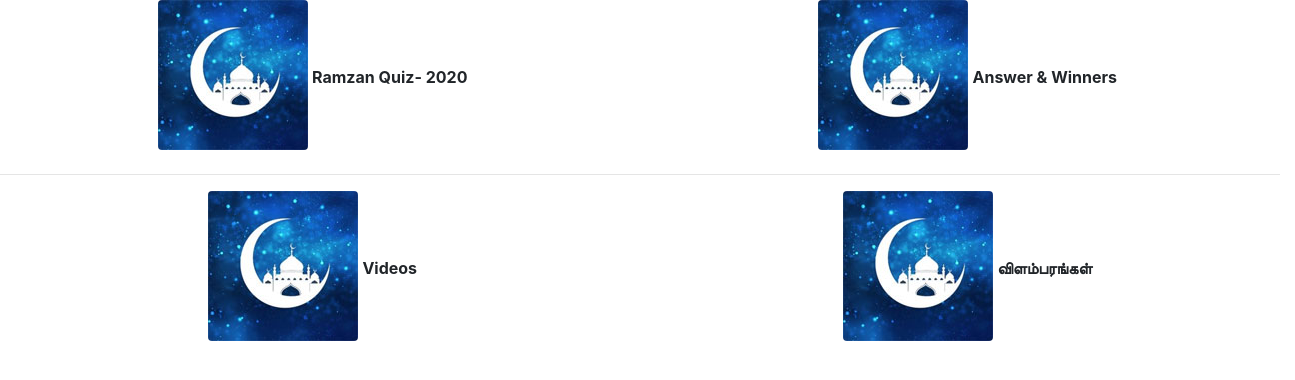
Repository: rsusolutions/RSU-Website
Page: quiz/index.html
The author's editor kept a copy of each file at every save. The page is drawn from the files as they stood at one save, then again after the next save.
The browser window is 1280 px wide. The page is 1295 px wide, so the pictures cover 1295 px, including what lies to the right of the window. The pictures show the whole page.
Some web libraries are served in a nearby version.

Above is the page before, as saved 2020-04-21 20:40:04.

After the next save:
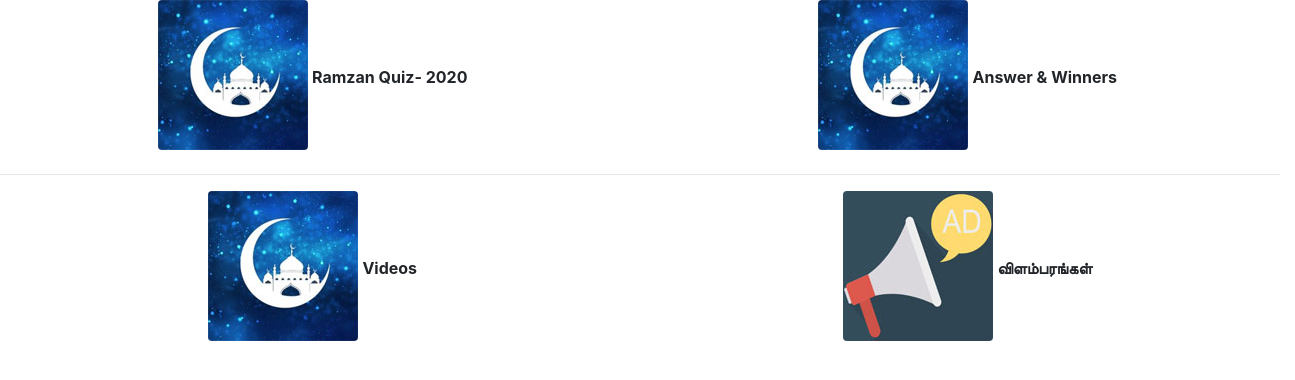
Saved 3 min 14 s later.
--- a/quiz/index.html
+++ b/quiz/index.html
@@ -36,7 +36,7 @@
     <b>Videos</b>
     </div>
       <div class="col" style=" text-align: center;">
-    <img class="rounded mb-2" alt="100x100" src="img/ramzan.jpg" data-holder-rendered="true">
+    <img class="rounded mb-2" alt="100x100" src="img/ad.jpg" data-holder-rendered="true">
     <b>விளம்பரங்கள்</b>
     </div>
     </div>
